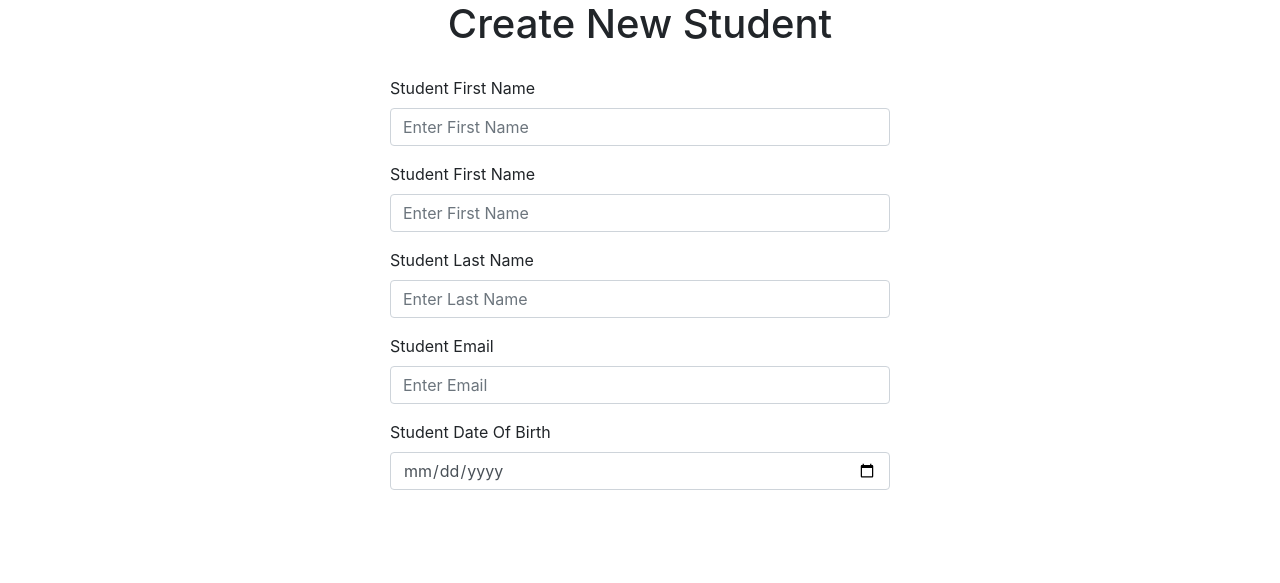
Repository: Frawatson/sms
Page: http://localhost/create_students
An editor plug-in stored every save of this project. The page is shown before and after the next save, followed by the edit.
The browser window is 1280 px wide. The pictures show the whole page.
The page is this project's Thymeleaf template; nobody is signed in. The template is opened directly, without the code that normally fills it, so the values that code supplies are empty.

Above is the page before, as saved 2023-06-29 19:51:43.

### corp/src/main/resources/templates/create_students.html
<!DOCTYPE html>
<html xmlns:th="http://www.thymeleaf.org">
<head>
<meta charset="ISO-8859-1">
<title>Student Management Systems</title>
<link rel="stylesheet"
	href="https://cdn.jsdelivr.net/npm/bootstrap@4.4.1/dist/css/bootstrap.min.css"
	integrity="sha384-Vkoo8x4CGsO3+Hhxv8T/Q5PaXtkKtu6ug5TOeNV6gBiFeWPGFN9MuhOf23Q9Ifjh"
	crossorigin="anonymous">
</head>
<body>
	<div class="container">
		<div class="row">
			<div class="col-lg-6 col-md-6 col-sm-6 container justify-content-center cards">
				<h1 class="text-center">Create New Student</h1>
				<div class="card-body">
					<form th:action="@{/students}" th:object = "${Students}" method="post">
						<div class="form-group">
							<label>Student First Name</label>
							<input
							type="text"
							name="firstname"
							th:field = "firstname"
							class="form-control"
							placeholder="Enter First Name"
							/>
						</div>

						<div class="form-group">
							<label>Student First Name</label>
							<input
							type="text"
							name="firstname"
							th:field = "firstname"
							class="form-control"
							placeholder="Enter First Name"
							/>
						</div>

						<div class="form-group">
							<label>Student Last Name</label>
							<input
							type="text"
							name="lastname"
							th:field = "lastname"
							class="form-control"
							placeholder="Enter Last Name"
							/>
						</div>

						<div class="form-group">
							<label>Student Email</label>
							<input
							type="email"
							name="email"
							th:field = "email"
							class="form-control"
							placeholder="Enter Email"
							/>
						</div>

						<div class="form-group">
							<label>Student Date Of Birth</label>
							<input
							type="date"
							name="DOB"
							th:field = "DOB"
							class="form-control"
							placeholder="Enter DOB"
							/>
						</div>
					</form>
				</div>
			</div>
		</div>
	</div>
</body>
</html>

After the next save:
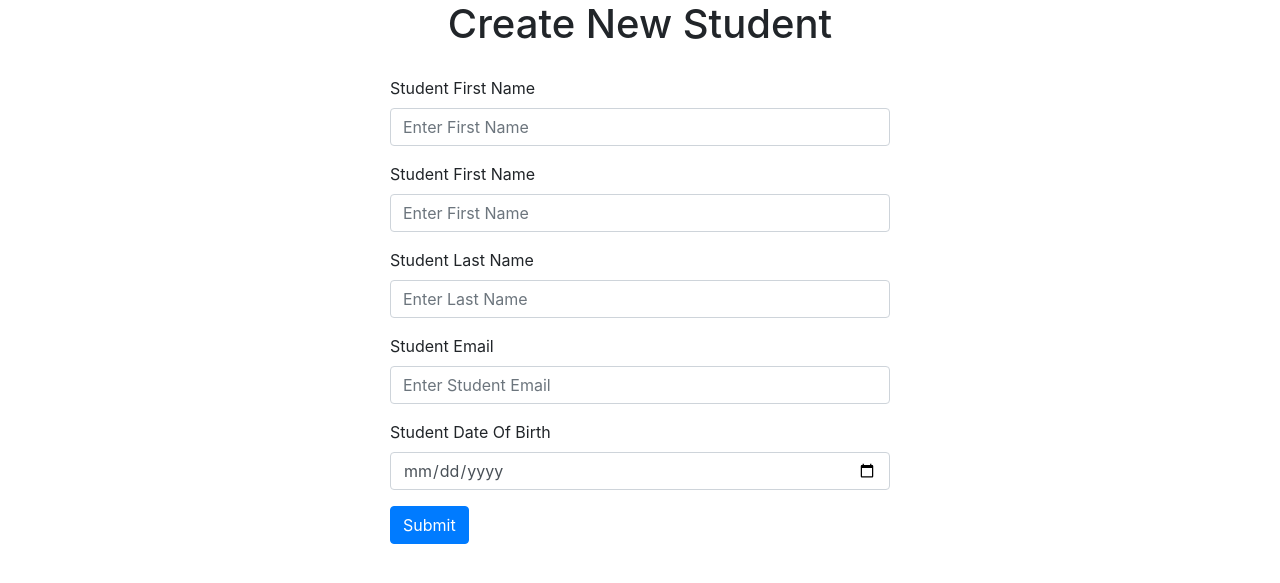
Saved 109 s later.
--- a/corp/src/main/resources/templates/create_students.html
+++ b/corp/src/main/resources/templates/create_students.html
@@ -55,7 +55,7 @@
 							name="email"
 							th:field = "email"
 							class="form-control"
-							placeholder="Enter Email"
+							placeholder="Enter Student Email"
 							/>
 						</div>
 
@@ -69,6 +69,11 @@
 							placeholder="Enter DOB"
 							/>
 						</div>
+						<div class="footer-body">
+							<button type="submit" class="btn btn-primary">
+								Submit
+							</button>
+						</div>
 					</form>
 				</div>
 			</div>
